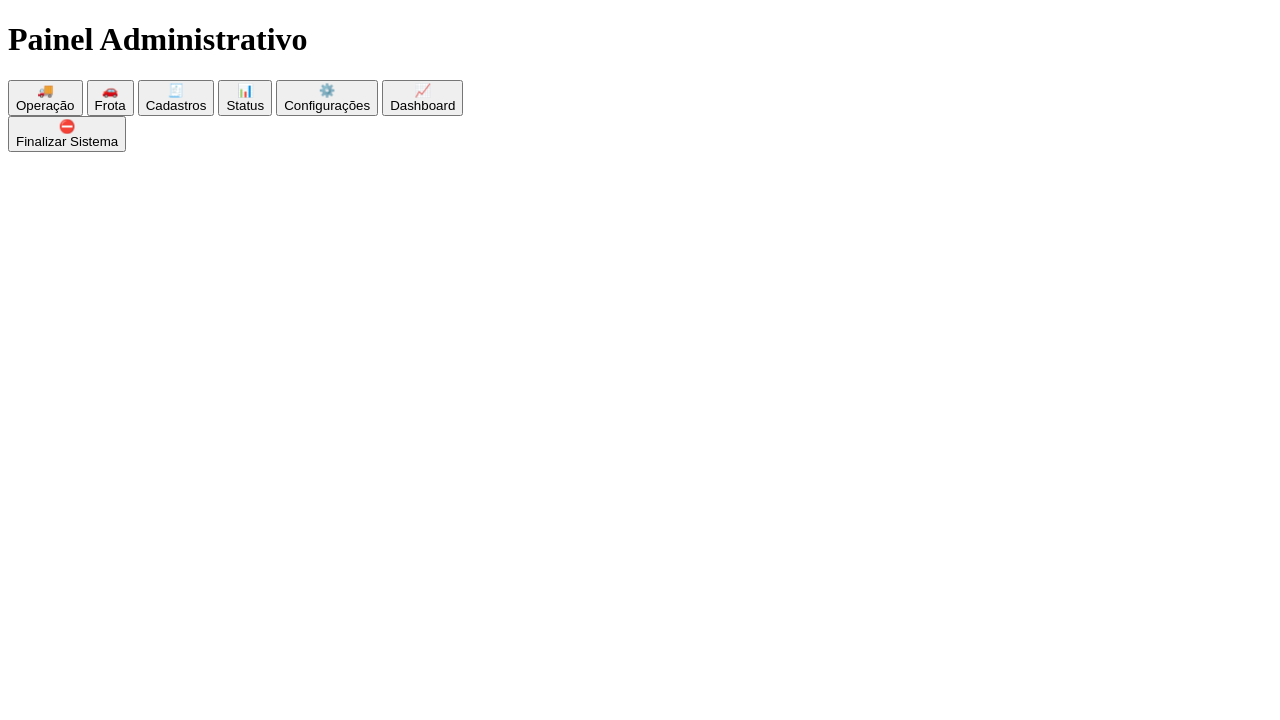
Repository: flaviofroes52/scv-vectoraLabs
Page: public/pages/painel.html
An editor plug-in stored every save of this project. The page is shown before and after a run of saves, followed by the edit.
The browser window is 1280 px wide. The pictures show the whole page.
The page's requests for data from a server got no answer.

Above is the page before, as saved 2025-11-28 11:08:29.
Console error: TypeError: Cannot read properties of null (reading 'addEventListener')

After the next 3 saves:
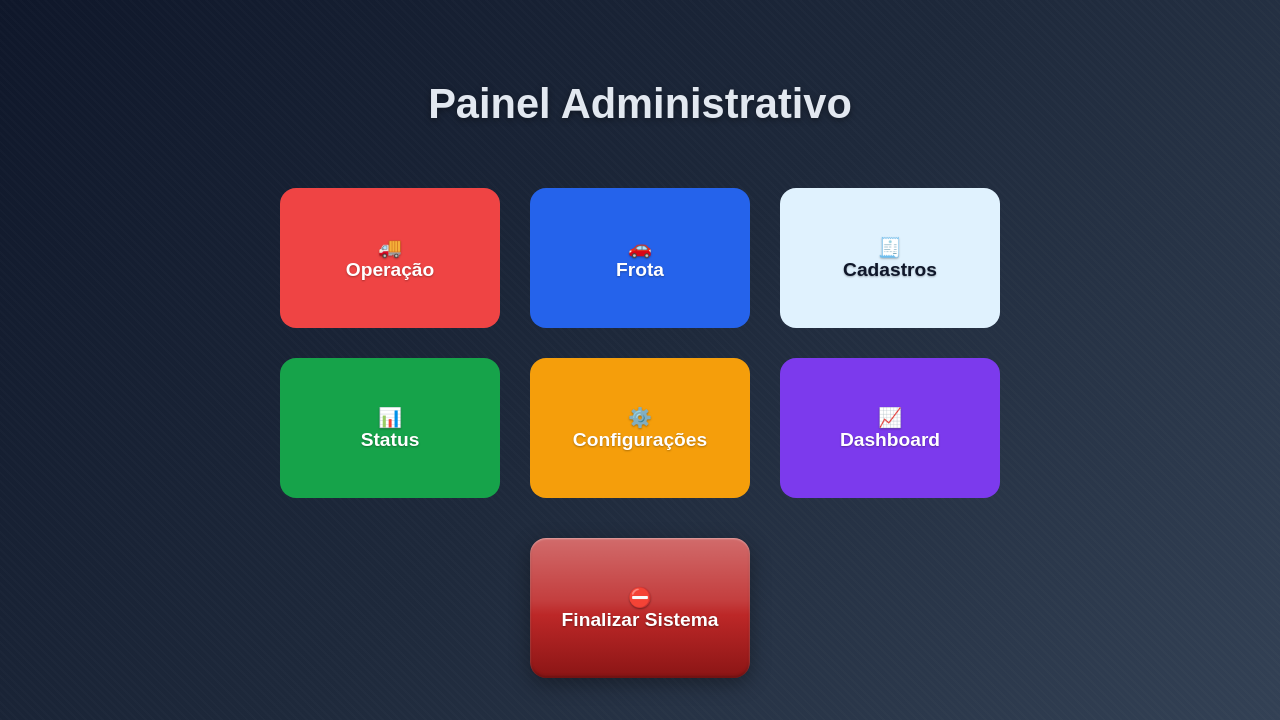
The 3 saves are shown as one change because they came seconds apart.
The last was saved 8 s later.
--- a/public/pages/painel.html
+++ b/public/pages/painel.html
@@ -4,7 +4,7 @@
     <meta charset="UTF-8" />
     <meta name="viewport" content="width=device-width, initial-scale=1.0" />
     <title>Painel Administrativo — SCV</title>
-    <link rel="stylesheet" href="/public" />
+    <link rel="stylesheet" href="/public/styles/styles.css" />
   </head>
 
   <body class="bodyMenu">
